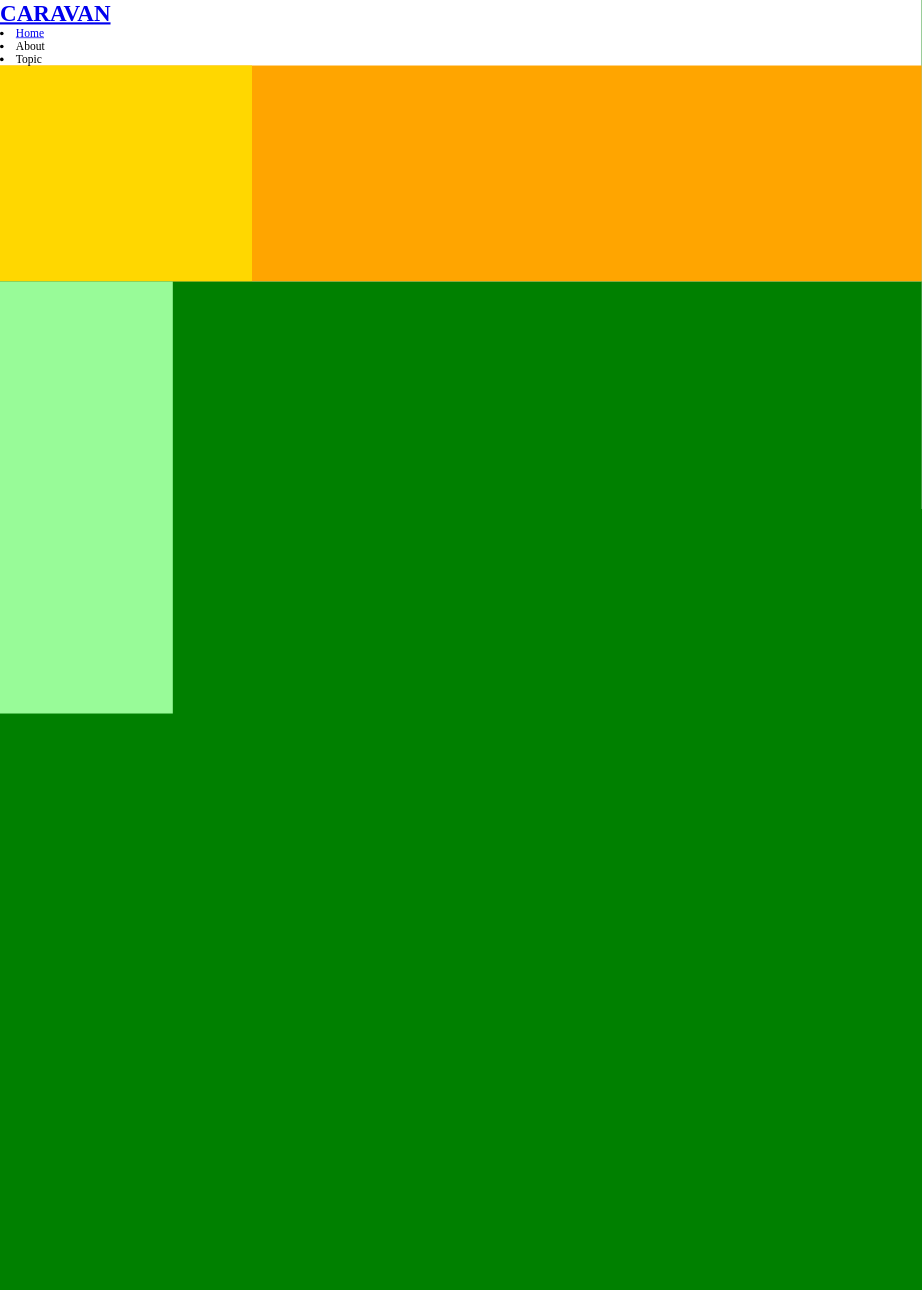
Repository: to3955/ouyoukadai1
Page: caravan/index.html
The author's editor kept a record of every edit. The page is drawn from the files as they stood at one moment, then again after the next edit.
The browser window is 1280 px wide. The pictures show the whole page, at 72% of full size.

Above is the page before.

After the next edit:
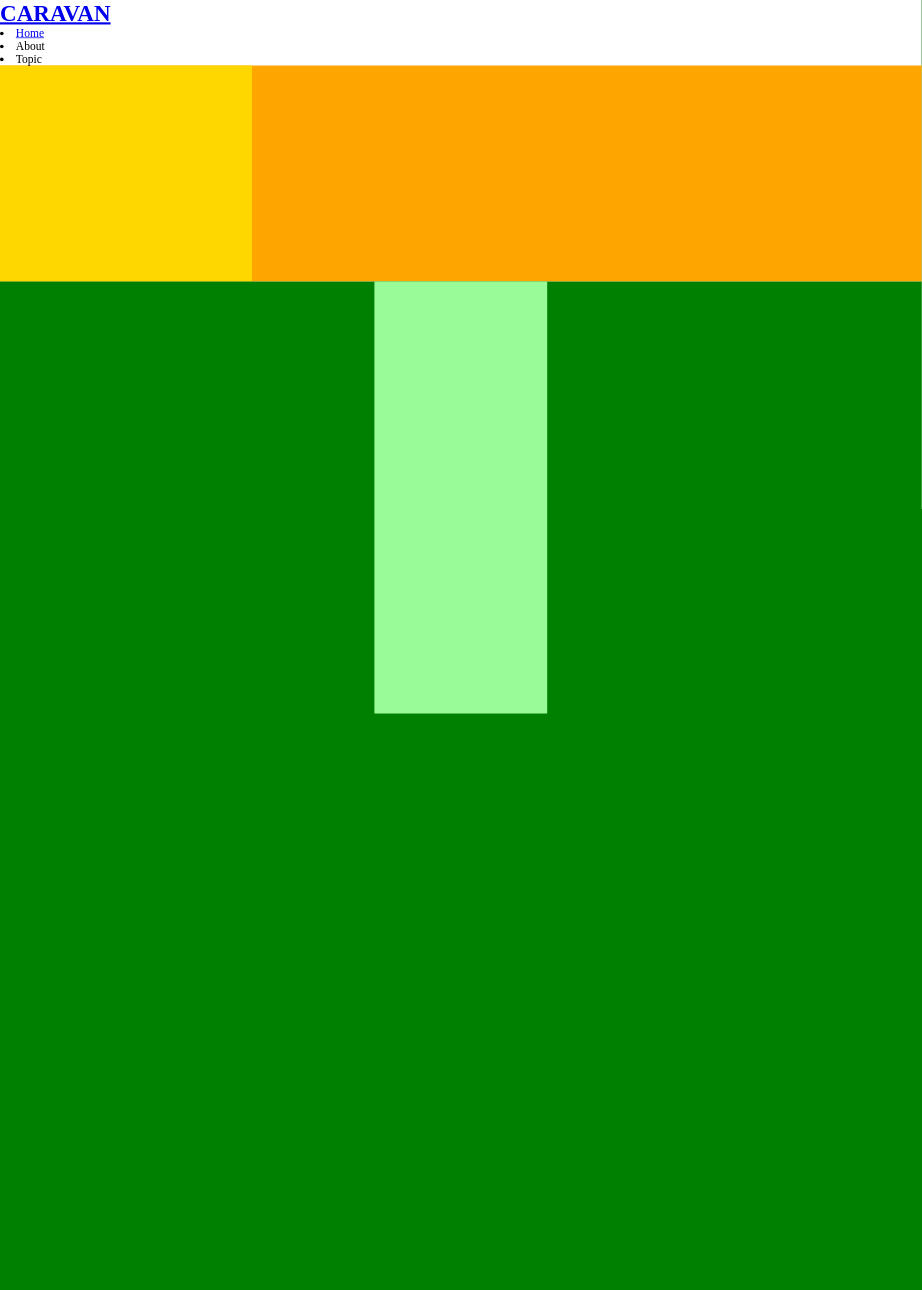
The edit:
--- a/caravan/stlye.css
+++ b/caravan/stlye.css
@@ -37,6 +37,8 @@
   width:100%;
   height: 1400px;
   background-color: green;
+  display: flex;
+  justify-content: center;
 }
 
 blog {
